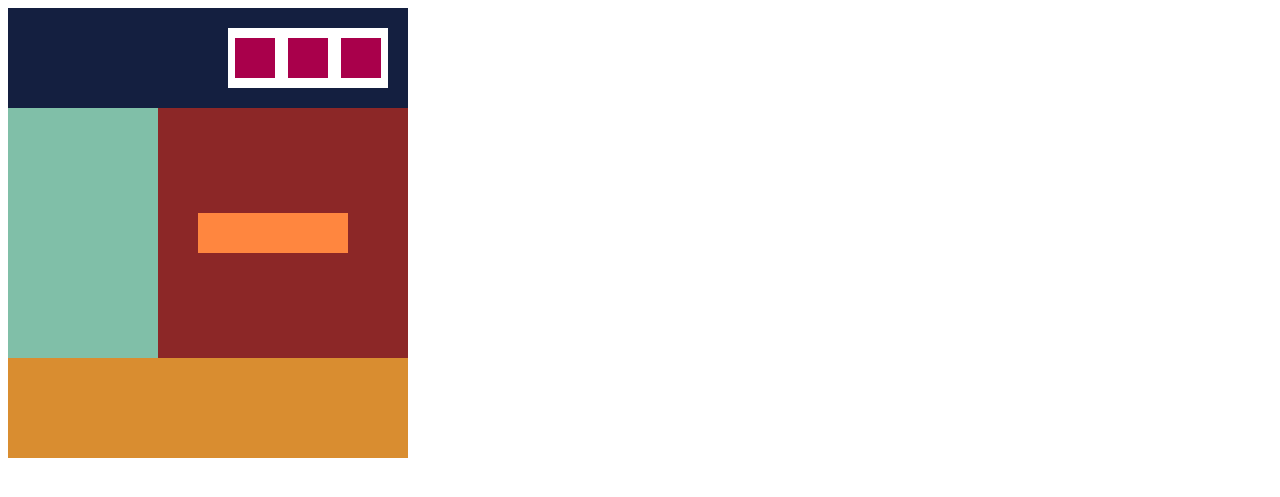
Repository: natuki-i/curriculum
Page: http://localhost/
These files come from the project's save history. The page is drawn as it stood at one moment and after the next save; the edit follows.
The browser window is 1280 px wide. The pictures show the whole page.
The page is run by PHP 8.4 with error messages shown; the project is at /var/www/html/.

Above is the page before, as saved 2022-11-26 21:33:58.

After the next save:
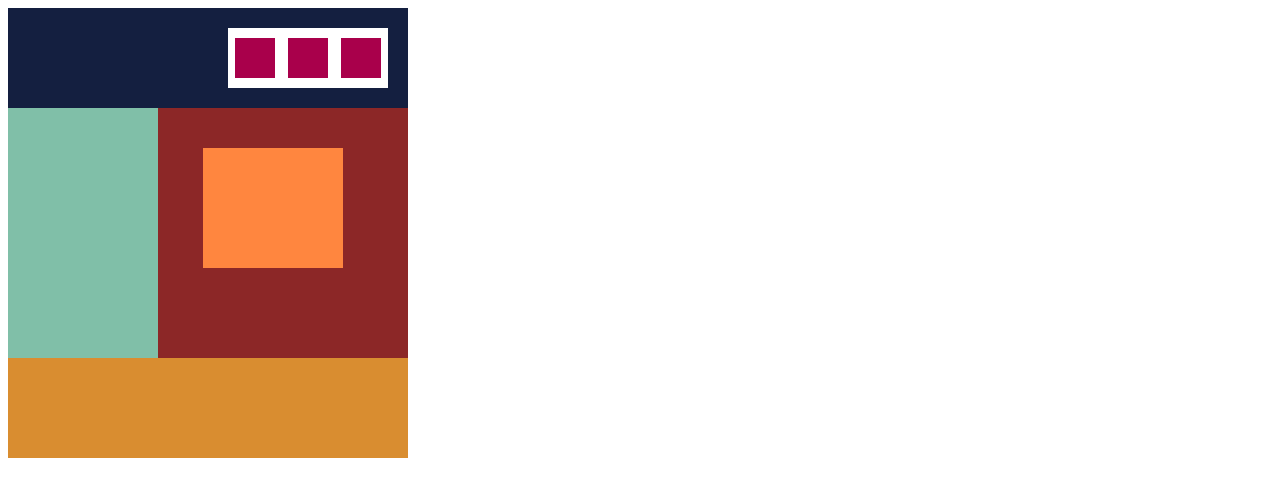
Saved 2 min 14 s later.
--- a/PHPjob/1/css/style.css
+++ b/PHPjob/1/css/style.css
@@ -48,7 +48,7 @@
     margin: 40px 60px 40px 40px;
     display: flex;
     align-items: center;
-    justify-content: space-between;
+    flex-direction: column;
 }
 
 .mr-box {
